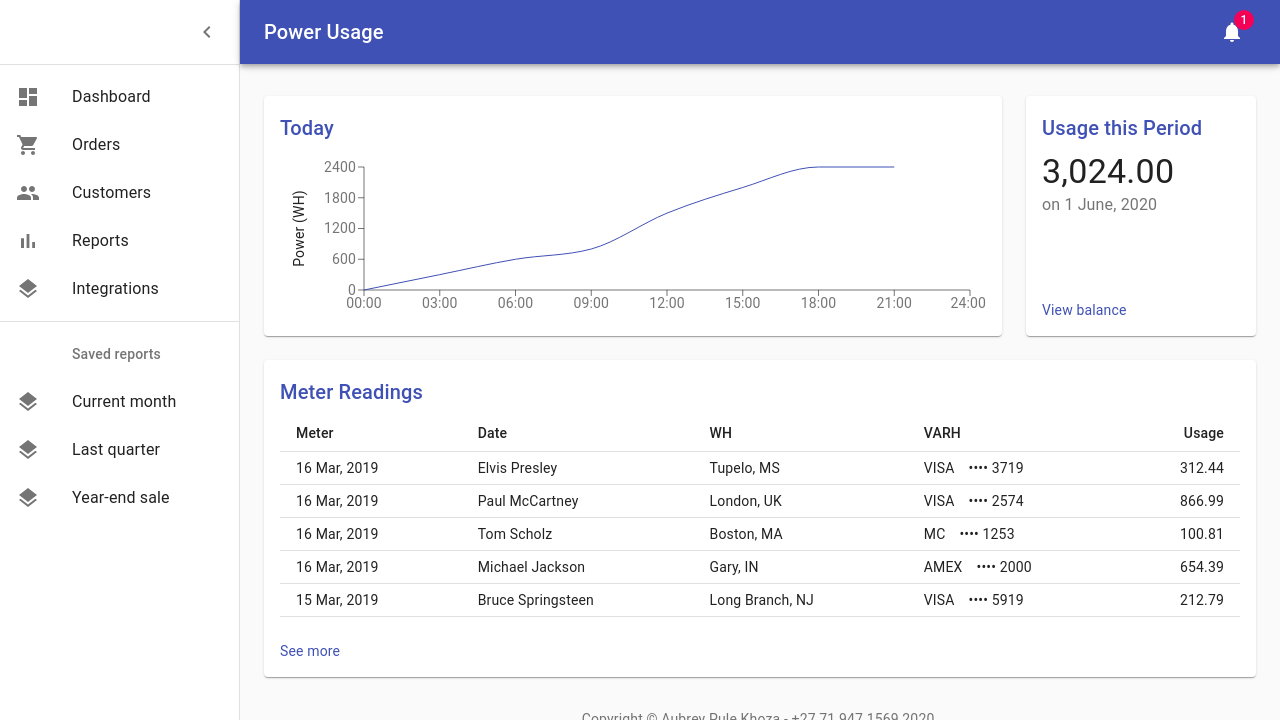
Repository: aubreypk/utilities-metering
Page: / (app in utilities-metering-app/)
An editor plug-in stored every save of this project. The page is shown before and after the next save, followed by the edit.
The browser window is 1280 px wide. The pictures show the whole page.
An inner scrolling area shows only its first screen. The project was rebuilt for these pictures with package versions that can differ from the ones it lists, and the page was loaded fresh each time. Also part of the build but not shown: utilities-metering-app/src/App.css.

Above is the page before, as saved 2020-05-31 17:55:18.

### utilities-metering-app/src/App.js
import React, { Component } from 'react'
import Dashboard from './components/Dashboard'

import './App.css';

class App extends Component {
  render() {
    return (
      <div>
        <Dashboard />
      </div>
    )
  }
}

export default App;

### utilities-metering-app/src/components/Dashboard.js
import React from 'react';
import clsx from 'clsx';
import { makeStyles } from '@material-ui/core/styles';
import CssBaseline from '@material-ui/core/CssBaseline';
import Drawer from '@material-ui/core/Drawer';
import Box from '@material-ui/core/Box';
import AppBar from '@material-ui/core/AppBar';
import Toolbar from '@material-ui/core/Toolbar';
import List from '@material-ui/core/List';
import Typography from '@material-ui/core/Typography';
import Divider from '@material-ui/core/Divider';
import IconButton from '@material-ui/core/IconButton';
import Badge from '@material-ui/core/Badge';
import Container from '@material-ui/core/Container';
import Grid from '@material-ui/core/Grid';
import Paper from '@material-ui/core/Paper';
import Link from '@material-ui/core/Link';
import MenuIcon from '@material-ui/icons/Menu';
import ChevronLeftIcon from '@material-ui/icons/ChevronLeft';
import NotificationsIcon from '@material-ui/icons/Notifications';
import { mainListItems, secondaryListItems } from './Sidebar';
import PowerChart from './PowerChart';
import TotalPower from './TotalPower';
import PowerReadings from './PowerReadings';

function Copyright() {
  return (
    <Typography variant="body2" color="textSecondary" align="center">
      {'Copyright © '}
      <Link color="inherit" href="#">
        Aubrey Pule Khoza - +27 71 947 1569
      </Link>{' '}
      {new Date().getFullYear()}
      {'.'}
    </Typography>
  );
}

const drawerWidth = 240;

const useStyles = makeStyles((theme) => ({
  root: {
    display: 'flex',
  },
  toolbar: {
    paddingRight: 24, // keep right padding when drawer closed
  },
  toolbarIcon: {
    display: 'flex',
    alignItems: 'center',
    justifyContent: 'flex-end',
    padding: '0 8px',
    ...theme.mixins.toolbar,
  },
  appBar: {
    zIndex: theme.zIndex.drawer + 1,
    transition: theme.transitions.create(['width', 'margin'], {
      easing: theme.transitions.easing.sharp,
      duration: theme.transitions.duration.leavingScreen,
    }),
  },
  appBarShift: {
    marginLeft: drawerWidth,
    width: `calc(100% - ${drawerWidth}px)`,
    transition: theme.transitions.create(['width', 'margin'], {
      easing: theme.transitions.easing.sharp,
      duration: theme.transitions.duration.enteringScreen,
    }),
  },
  menuButton: {
    marginRight: 36,
  },
  menuButtonHidden: {
    display: 'none',
  },
  title: {
    flexGrow: 1,
  },
  drawerPaper: {
    position: 'relative',
    whiteSpace: 'nowrap',
    width: drawerWidth,
    transition: theme.transitions.create('width', {
      easing: theme.transitions.easing.sharp,
      duration: theme.transitions.duration.enteringScreen,
    }),
  },
  drawerPaperClose: {
    overflowX: 'hidden',
    transition: theme.transitions.create('width', {
      easing: theme.transitions.easing.sharp,
      duration: theme.transitions.duration.leavingScreen,
    }),
    width: theme.spacing(7),
    [theme.breakpoints.up('sm')]: {
      width: theme.spacing(9),
    },
  },
  appBarSpacer: theme.mixins.toolbar,
  content: {
    flexGrow: 1,
    height: '100vh',
    overflow: 'auto',
  },
  container: {
    paddingTop: theme.spacing(4),
    paddingBottom: theme.spacing(4),
  },
  paper: {
    padding: theme.spacing(2),
    display: 'flex',
    overflow: 'auto',
    flexDirection: 'column',
  },
  fixedHeight: {
    height: 240,
  },
}));

export default function Dashboard() {
  const classes = useStyles();
  const [open, setOpen] = React.useState(true);
  const handleDrawerOpen = () => {
    setOpen(true);
  };
  const handleDrawerClose = () => {
    setOpen(false);
  };
  const fixedHeightPaper = clsx(classes.paper, classes.fixedHeight);

  return (
    <div className={classes.root}>
      <CssBaseline />
      <AppBar position="absolute" className={clsx(classes.appBar, open && classes.appBarShift)}>
        <Toolbar className={classes.toolbar}>
          <IconButton
            edge="start"
            color="inherit"
            aria-label="open drawer"
            onClick={handleDrawerOpen}
            className={clsx(classes.menuButton, open && classes.menuButtonHidden)}
          >
            <MenuIcon />
          </IconButton>
          <Typography component="h1" variant="h6" color="inherit" noWrap className={classes.title}>
            Power Usage
          </Typography>
          <IconButton color="inherit">
            <Badge badgeContent={1} color="secondary">
              <NotificationsIcon />
            </Badge>
          </IconButton>
        </Toolbar>
      </AppBar>
      <Drawer
        variant="permanent"
        classes={{
          paper: clsx(classes.drawerPaper, !open && classes.drawerPaperClose),
        }}
        open={open}
      >
        <div className={classes.toolbarIcon}>
          <IconButton onClick={handleDrawerClose}>
            <ChevronLeftIcon />
          </IconButton>
        </div>
        <Divider />
        <List>{mainListItems}</List>
        <Divider />
        <List>{secondaryListItems}</List>
      </Drawer>
      <main className={classes.content}>
        <div className={classes.appBarSpacer} />
        <Container maxWidth="lg" className={classes.container}>
          <Grid container spacing={3}>
            {/* Chart */}
            <Grid item xs={12} md={8} lg={9}>
              <Paper className={fixedHeightPaper}>
                <PowerChart />
              </Paper>
            </Grid>
            {/* Recent Deposits */}
            <Grid item xs={12} md={4} lg={3}>
              <Paper className={fixedHeightPaper}>
                <TotalPower />
              </Paper>
            </Grid>
            {/* Recent Orders */}
            <Grid item xs={12}>
              <Paper className={classes.paper}>
                <PowerReadings />
              </Paper>
            </Grid>
          </Grid>
          <Box pt={4}>
            <Copyright />
          </Box>
        </Container>
      </main>
    </div>
  );
}

### utilities-metering-app/src/components/Sidebar.js
import React from 'react';
import ListItem from '@material-ui/core/ListItem';
import ListItemIcon from '@material-ui/core/ListItemIcon';
import ListItemText from '@material-ui/core/ListItemText';
import ListSubheader from '@material-ui/core/ListSubheader';
import DashboardIcon from '@material-ui/icons/Dashboard';
import ShoppingCartIcon from '@material-ui/icons/ShoppingCart';
import PeopleIcon from '@material-ui/icons/People';
import BarChartIcon from '@material-ui/icons/BarChart';
import LayersIcon from '@material-ui/icons/Layers';
//import AssignmentIcon from '@material-ui/icons/Assignment';

export const mainListItems = (
  <div>
    <ListItem button>
      <ListItemIcon>
        <DashboardIcon />
      </ListItemIcon>
      <ListItemText primary="Dashboard" />
    </ListItem>
    <ListItem button>
      <ListItemIcon>
        <ShoppingCartIcon />
      </ListItemIcon>
      <ListItemText primary="Orders" />
    </ListItem>
    <ListItem button>
      <ListItemIcon>
        <PeopleIcon />
      </ListItemIcon>
      <ListItemText primary="Customers" />
    </ListItem>
    <ListItem button>
      <ListItemIcon>
        <BarChartIcon />
      </ListItemIcon>
      <ListItemText primary="Reports" />
    </ListItem>
    <ListItem button>
      <ListItemIcon>
        <LayersIcon />
      </ListItemIcon>
      <ListItemText primary="Integrations" />
    </ListItem>
  </div>
);

export const secondaryListItems = (
  <div>
    <ListSubheader inset>Saved reports</ListSubheader>
    <ListItem button>
      <ListItemIcon>
        <LayersIcon />
      </ListItemIcon>
      <ListItemText primary="Current month" />
    </ListItem>
    <ListItem button>
      <ListItemIcon>
        <LayersIcon />
      </ListItemIcon>
      <ListItemText primary="Last quarter" />
    </ListItem>
    <ListItem button>
      <ListItemIcon>
        <LayersIcon />
      </ListItemIcon>
      <ListItemText primary="Year-end sale" />
    </ListItem>
  </div>
);

### utilities-metering-app/src/components/PowerChart.js
import React from 'react';
import { useTheme } from '@material-ui/core/styles';
import { LineChart, Line, XAxis, YAxis, Label, ResponsiveContainer } from 'recharts';
import Header from './Header';

// Generate Sales Data
function createData(time, amount) {
  return { time, amount };
}

const data = [
  createData('00:00', 0),
  createData('03:00', 300),
  createData('06:00', 600),
  createData('09:00', 800),
  createData('12:00', 1500),
  createData('15:00', 2000),
  createData('18:00', 2400),
  createData('21:00', 2400),
  createData('24:00', undefined),
];

export default function PowerChart() {
  const theme = useTheme();

  return (
    <React.Fragment>
      <Header>Today</Header>
      <ResponsiveContainer>
        <LineChart
          data={data}
          margin={{
            top: 16,
            right: 16,
            bottom: 0,
            left: 24,
          }}
        >
          <XAxis dataKey="time" stroke={theme.palette.text.secondary} />
          <YAxis stroke={theme.palette.text.secondary}>
            <Label
              angle={270}
              position="left"
              style={{ textAnchor: 'middle', fill: theme.palette.text.primary }}
            >
              Power (WH)
            </Label>
          </YAxis>
          <Line type="monotone" dataKey="amount" stroke={theme.palette.primary.main} dot={false} />
        </LineChart>
      </ResponsiveContainer>
    </React.Fragment>
  );
}

### utilities-metering-app/src/components/TotalPower.js
import React from 'react';
import Link from '@material-ui/core/Link';
import { makeStyles } from '@material-ui/core/styles';
import Typography from '@material-ui/core/Typography';
import Header from './Header';

function preventDefault(event) {
  event.preventDefault();
}

const useStyles = makeStyles({
  depositContext: {
    flex: 1,
  },
});

export default function TotalPower() {
  const classes = useStyles();
  return (
    <React.Fragment>
      <Header>Usage this Period</Header>
      <Typography component="p" variant="h4">
        3,024.00
      </Typography>
      <Typography color="textSecondary" className={classes.depositContext}>
        on 1 June, 2020
      </Typography>
      <div>
        <Link color="primary" href="#" onClick={preventDefault}>
          View balance
        </Link>
      </div>
    </React.Fragment>
  );
}

### utilities-metering-app/src/components/PowerReadings.js
import React from 'react';
import Link from '@material-ui/core/Link';
import { makeStyles } from '@material-ui/core/styles';
import Table from '@material-ui/core/Table';
import TableBody from '@material-ui/core/TableBody';
import TableCell from '@material-ui/core/TableCell';
import TableHead from '@material-ui/core/TableHead';
import TableRow from '@material-ui/core/TableRow';
import Header from './Header';

// Generate Order Data
function createData(id, date, name, shipTo, paymentMethod, amount) {
  return { id, date, name, shipTo, paymentMethod, amount };
}

const rows = [
  createData(0, '16 Mar, 2019', 'Elvis Presley', 'Tupelo, MS', 'VISA ⠀•••• 3719', 312.44),
  createData(1, '16 Mar, 2019', 'Paul McCartney', 'London, UK', 'VISA ⠀•••• 2574', 866.99),
  createData(2, '16 Mar, 2019', 'Tom Scholz', 'Boston, MA', 'MC ⠀•••• 1253', 100.81),
  createData(3, '16 Mar, 2019', 'Michael Jackson', 'Gary, IN', 'AMEX ⠀•••• 2000', 654.39),
  createData(4, '15 Mar, 2019', 'Bruce Springsteen', 'Long Branch, NJ', 'VISA ⠀•••• 5919', 212.79),
];

function preventDefault(event) {
  event.preventDefault();
}

const useStyles = makeStyles((theme) => ({
  seeMore: {
    marginTop: theme.spacing(3),
  },
}));

export default function PowerReadings() {
  const classes = useStyles();
  return (
    <React.Fragment>
      <Header>Meter Readings</Header>
      <Table size="small">
        <TableHead>
          <TableRow>
            <TableCell>Meter</TableCell>
            <TableCell>Date</TableCell>
            <TableCell>WH</TableCell>
            <TableCell>VARH</TableCell>
            <TableCell align="right">Usage</TableCell>
          </TableRow>
        </TableHead>
        <TableBody>
          {rows.map((row) => (
            <TableRow key={row.id}>
              <TableCell>{row.date}</TableCell>
              <TableCell>{row.name}</TableCell>
              <TableCell>{row.shipTo}</TableCell>
              <TableCell>{row.paymentMethod}</TableCell>
              <TableCell align="right">{row.amount}</TableCell>
            </TableRow>
          ))}
        </TableBody>
      </Table>
      <div className={classes.seeMore}>
        <Link color="primary" href="#" onClick={preventDefault}>
          See more
        </Link>
      </div>
    </React.Fragment>
  );
}

### utilities-metering-app/src/components/Header.js
import React from 'react';
import PropTypes from 'prop-types';
import Typography from '@material-ui/core/Typography';

export default function Header(props) {
  return (
    <Typography component="h2" variant="h6" color="primary" gutterBottom>
      {props.children}
    </Typography>
  );
}

Header.propTypes = {
  children: PropTypes.node,
};

Loaded but not shown: utilities-metering-app/public/index.html (common file); utilities-metering-app/src/index.js (common file); utilities-metering-app/src/index.css (common file); utilities-metering-app/src/serviceWorker.js (common file)

After the next save:
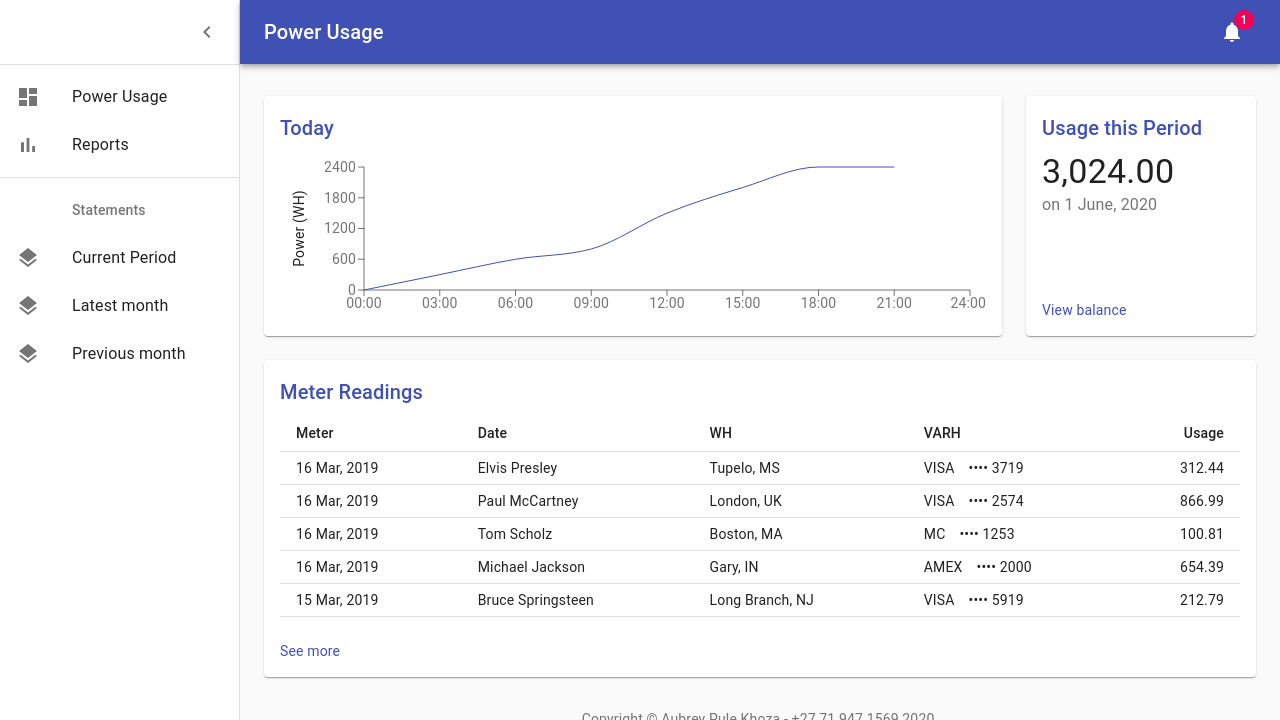
Saved 6 min 15 s later.
--- a/utilities-metering-app/src/components/Sidebar.js
+++ b/utilities-metering-app/src/components/Sidebar.js
@@ -16,19 +16,7 @@ export const mainListItems = (
       <ListItemIcon>
         <DashboardIcon />
       </ListItemIcon>
-      <ListItemText primary="Dashboard" />
-    </ListItem>
-    <ListItem button>
-      <ListItemIcon>
-        <ShoppingCartIcon />
-      </ListItemIcon>
-      <ListItemText primary="Orders" />
-    </ListItem>
-    <ListItem button>
-      <ListItemIcon>
-        <PeopleIcon />
-      </ListItemIcon>
-      <ListItemText primary="Customers" />
+      <ListItemText primary="Power Usage" />
     </ListItem>
     <ListItem button>
       <ListItemIcon>
@@ -36,35 +24,29 @@ export const mainListItems = (
       </ListItemIcon>
       <ListItemText primary="Reports" />
     </ListItem>
-    <ListItem button>
-      <ListItemIcon>
-        <LayersIcon />
-      </ListItemIcon>
-      <ListItemText primary="Integrations" />
-    </ListItem>
   </div>
 );
 
 export const secondaryListItems = (
   <div>
-    <ListSubheader inset>Saved reports</ListSubheader>
+    <ListSubheader inset>Statements</ListSubheader>
     <ListItem button>
       <ListItemIcon>
         <LayersIcon />
       </ListItemIcon>
-      <ListItemText primary="Current month" />
+      <ListItemText primary="Current Period" />
     </ListItem>
     <ListItem button>
       <ListItemIcon>
         <LayersIcon />
       </ListItemIcon>
-      <ListItemText primary="Last quarter" />
+      <ListItemText primary="Latest month" />
     </ListItem>
     <ListItem button>
       <ListItemIcon>
         <LayersIcon />
       </ListItemIcon>
-      <ListItemText primary="Year-end sale" />
+      <ListItemText primary="Previous month" />
     </ListItem>
   </div>
 );
